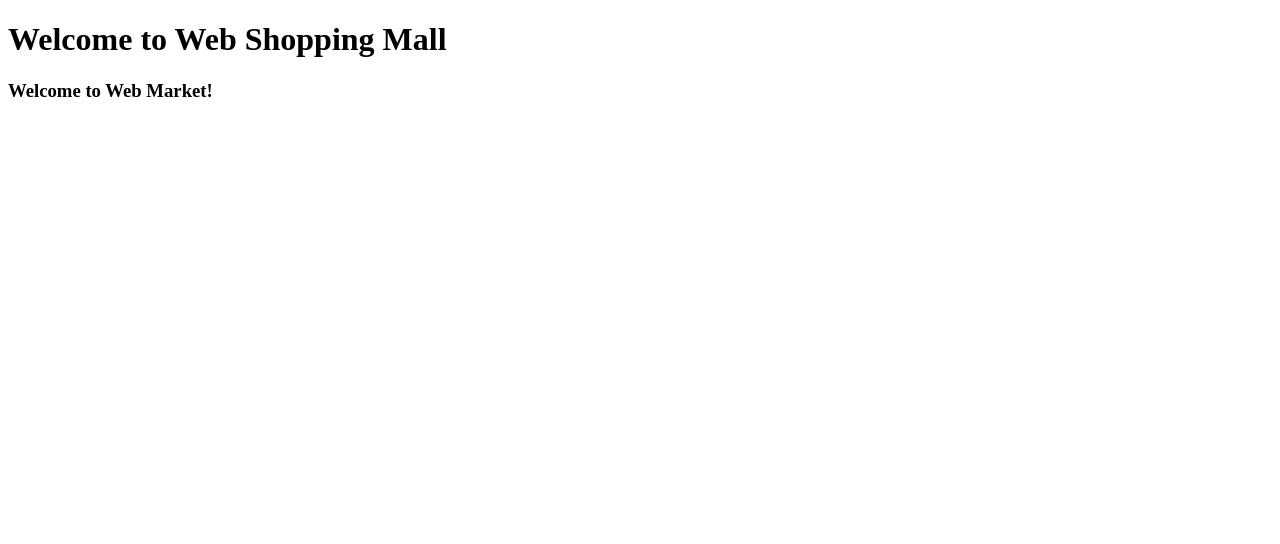
Repository: freedomseok8047/jsp
Page: http://localhost/WebMarket/welcome.jsp
These files come from the project's save history. The page is drawn as it stood at one moment and after the next save; the edit follows.
The browser window is 1280 px wide. The pictures show the whole page.
The page is served by Tomcat 9.

Above is the page before, as saved 2023-08-22 05:19:16.

After the next save:
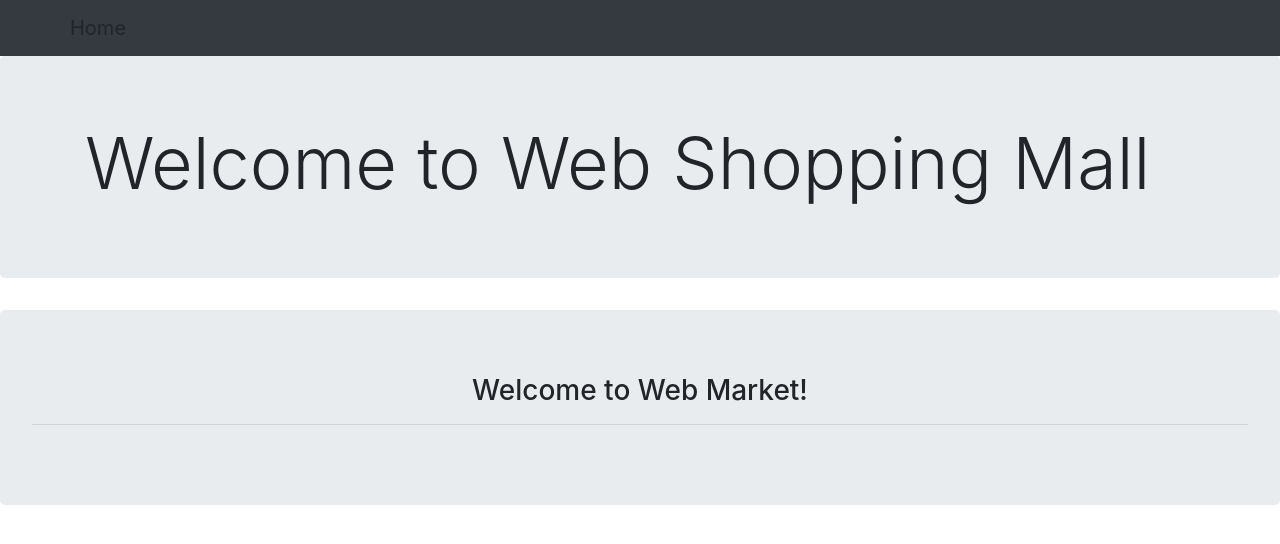
Saved 12 min 13 s later.
--- a/WebMarket/src/main/webapp/welcome.jsp
+++ b/WebMarket/src/main/webapp/welcome.jsp
@@ -1,17 +1,41 @@
 <%@ page language="java" contentType="text/html; charset=EUC-KR"
-    pageEncoding="EUC-KR"%>
+	pageEncoding="EUC-KR"%>
 <!DOCTYPE html>
 <html>
 <head>
 <meta charset="EUC-KR">
 <title>Welcome</title>
+<link rel="stylesheet"
+	href="https://cdn.jsdelivr.net/npm/bootstrap@4.0.0/dist/css/bootstrap.min.css"
+	integrity="sha384-Gn5384xqQ1aoWXA+058RXPxPg6fy4IWvTNh0E263XmFcJlSAwiGgFAW/dAiS6JXm"
+	crossorigin="anonymous">
 </head>
 <body>
-<%! String greeting = "Welcome to Web Shopping Mall";
-	String tagline = "Welcome to Web Market!";
+	<nav class="navbar navbar-expand navbar-dark bg-dark">
+		<div class="container">
+			<div class=" navbar-header">
+				<a class="navbar-brand" herf=" ./welcome.jsp">Home</a>
+			</div>
+		</div>
+	</nav>
 
-%>
- <h1><%= greeting %></h1>
- <h3><%= tagline %></h3>
+	<%!String greeting = "Welcome to Web Shopping Mall";
+	String tagline = "Welcome to Web Market!";%>
+	<div class="jumbotron">
+		<div class="container">
+			<h1 class="display-3">
+				<%=greeting%>
+			</h1>
+		</div>
+	</div>
+	<div class="jumbotron">
+		<div class="text-center">
+			<h3>
+			<%=tagline%>
+			</h3>
+		</div>
+		<hr>
+	</div>
+
 </body>
 </html>
